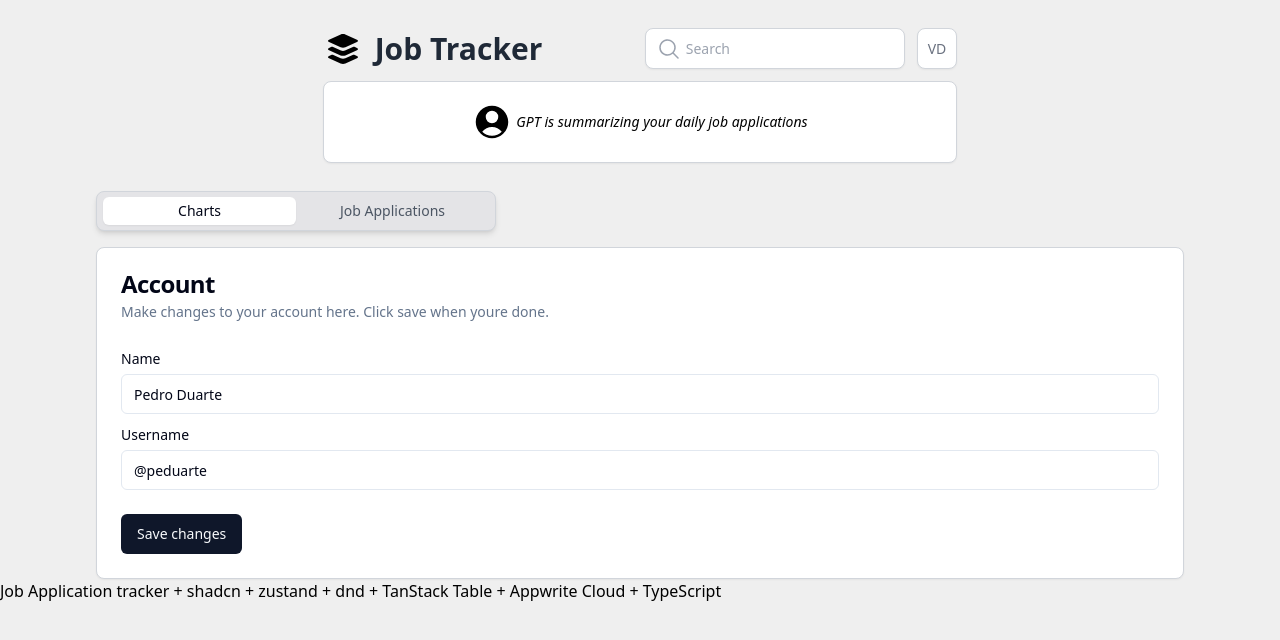
Repository: Vasil1001/job-applications-tracker-nextjs
Page: /
The author's editor kept a copy of each file at every save. The page is drawn from the files as they stood at one save, then again after the next save.
The browser window is 1280 px wide. The pictures show the whole page.
The project was rebuilt for these pictures with package versions that can differ from the ones it lists, and the page was loaded fresh each time. The framework's server and built-in components were replaced by stand-ins that run in the browser. Also part of the build but not shown: next.config.js.

Above is the page before, as saved 2023-06-24 19:12:17.

After the next save:
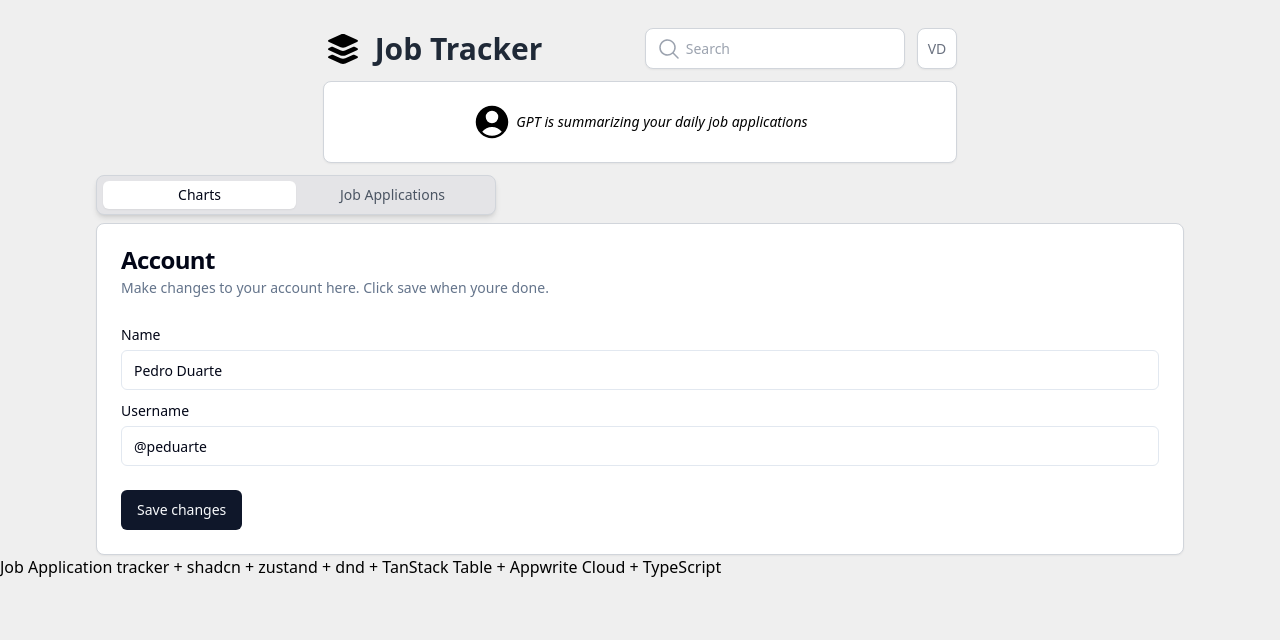
Saved 21 s later.
--- a/components/ui/tabs.tsx
+++ b/components/ui/tabs.tsx
@@ -12,7 +12,7 @@ const TabsList = React.forwardRef<
   <TabsPrimitive.List
     ref={ref}
     className={cn(
-      "inline-flex h-10 items-center justify-center rounded-lg shadow-md my-4 bg-zinc-200 p-1 px-1.5 text-gray-600 dark:bg-slate-800 dark:text-slate-400",
+      "inline-flex h-10 items-center justify-center rounded-lg shadow-md  bg-zinc-200 p-1 px-1.5 text-gray-600 dark:bg-slate-800 dark:text-slate-400",
       className
     )}
     {...props}
